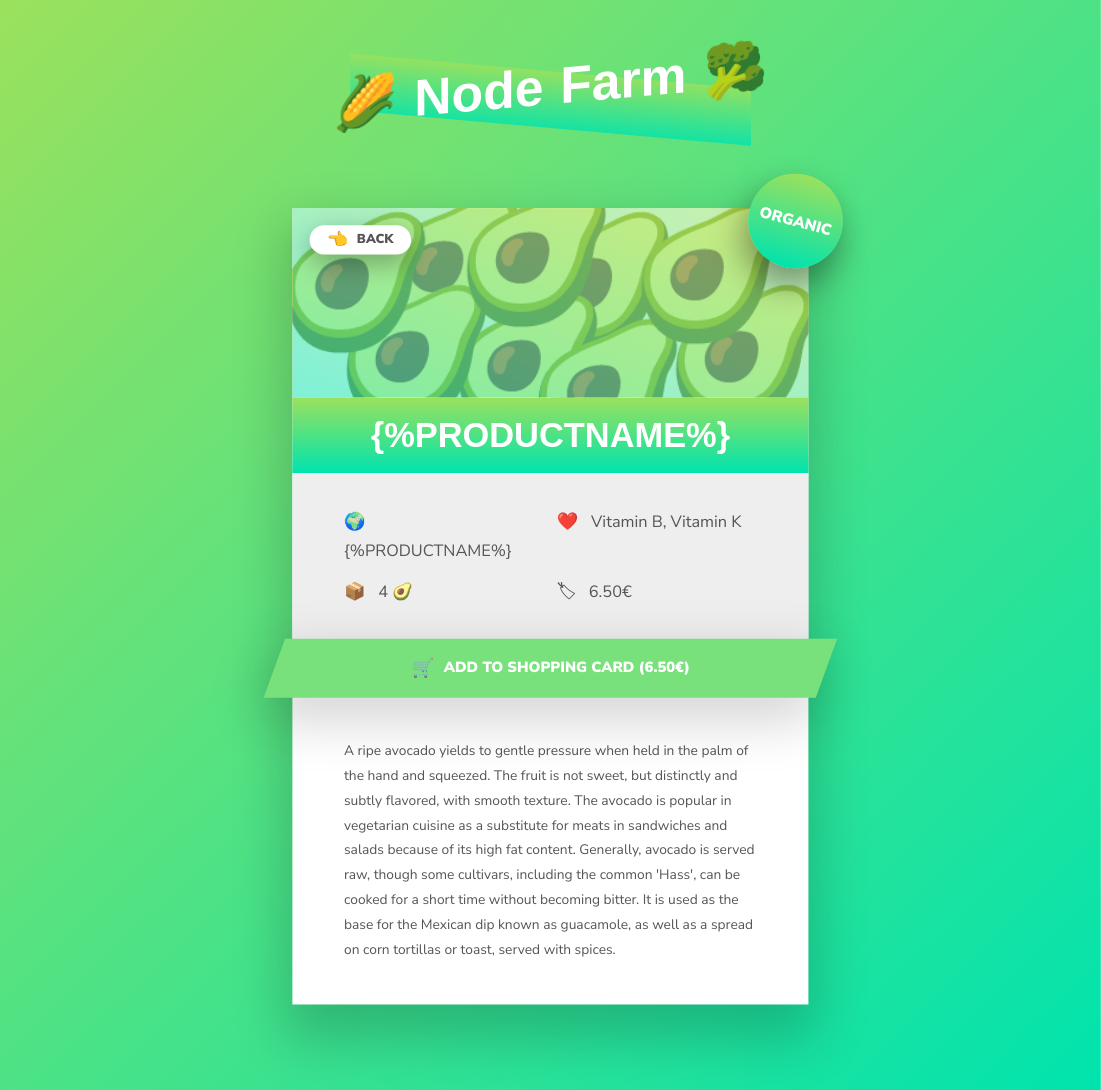
Repository: Tiantian-C/node2
Page: templates/product.html
The author's editor kept a copy of each file at every save. The page is drawn from the files as they stood at one save, then again after the next save.
The browser window is 1280 px wide. The pictures show the whole page, at 86% of full size.
Some web fonts or font styles are not loaded; a fallback is used.

Above is the page before, as saved 2023-07-15 15:27:10.

### templates/product.html
<!DOCTYPE html>
<html lang="en">
  <head>
    <meta charset="UTF-8" />
    <meta name="viewport" content="width=device-width, initial-scale=1.0" />
    <meta http-equiv="X-UA-Compatible" content="ie=edge" />
    <link
      href="https://fonts.googleapis.com/css?family=Megrim|Nunito+Sans:400,900"
      rel="stylesheet"
    />
    <link
      rel="icon"
      href="https://emojipedia-us.s3.dualstack.us-west-1.amazonaws.com/thumbs/240/apple/155/ear-of-maize_1f33d.png"
    />

    <title>Fresh Avocados 🥑 /// NODE FARM</title>

    <style>
      *,
      *::before,
      *::after {
        margin: 0;
        padding: 0;
        box-sizing: inherit;
      }

      html {
        font-size: 62.5%;
        box-sizing: border-box;
      }

      body {
        padding: 5rem 5rem 10rem;
        line-height: 1.7;
        font-family: 'Nunito Sans', sans-serif;
        color: #555;
        min-height: 100vh;
        background: linear-gradient(to bottom right, #9be15d, #00e3ae);
      }

      h1 {
        font-family: 'Megrim', sans-serif;
        font-size: 6rem;
        color: white;
        transform: skewY(-5deg);
        text-align: center;
        position: relative;
        word-spacing: 3px;
      }

      h1::before {
        content: '';
        display: block;
        height: 65%;
        width: 49%;
        position: absolute;
        top: 105%;
        left: 50%;
        background: linear-gradient(to bottom, #9be15d, #00e3ae);
        opacity: 0.8;
        z-index: -1;
        transform: skewY(370deg) translate(-50%, -50%);
      }

      .container {
        width: 95rem;
        margin: 0 auto;
      }

      .product {
        width: 60rem;
        margin: 0 auto;
        margin-top: 9rem;
        background: white;
        box-shadow: 0 3rem 6rem 1rem rgba(0, 0, 0, 0.2);
        position: relative;
      }

      .product__hero {
        position: relative;
        height: 22rem;
        overflow: hidden;
      }

      .product__hero::before {
        content: '';
        display: block;
        height: 100%;
        width: 100%;
        position: absolute;
        top: 0;
        left: 0;
        background-image: linear-gradient(to left bottom, #9be15d, #00e3ae);
        opacity: 0.5;
        z-index: 100;
      }

      .product__emoji {
        font-size: 15rem;
        position: absolute;
      }

      .product__emoji--1 {
        top: -4rem;
        left: -2rem;
        z-index: 10;
      }

      .product__emoji--2 {
        top: -6rem;
        left: 9rem;
      }

      .product__emoji--3 {
        top: -4rem;
        right: 15rem;
      }

      .product__emoji--4 {
        top: -5rem;
        right: 2rem;
        z-index: 10;
      }

      .product__emoji--5 {
        bottom: -9rem;
        left: 18rem;
      }

      .product__emoji--6 {
        bottom: -8rem;
        left: 5rem;
      }

      .product__emoji--7 {
        bottom: -12rem;
        right: 14rem;
      }

      .product__emoji--8 {
        bottom: -8rem;
        right: -2rem;
      }

      .product__emoji--9 {
        top: -7rem;
        left: 19rem;
      }

      .product__organic {
        position: absolute;
        top: -4rem;
        right: -4rem;
        z-index: 1000;
        height: 11rem;
        width: 11rem;
        background-image: linear-gradient(to bottom, #9be15d, #00e3ae);
        border-radius: 50%;
        transform: rotate(15deg);
        box-shadow: 0 2rem 4rem rgba(0, 0, 0, 0.4);
        display: flex;
        align-items: center;
        justify-content: center;
      }

      .product__organic h5 {
        font-weight: 900;
        text-transform: uppercase;
        font-size: 1.8rem;
        color: white;
      }

      .product__back:link,
      .product__back:visited {
        position: absolute;
        top: 2rem;
        left: 2rem;
        font-size: 1.5rem;
        font-weight: 700;
        text-transform: uppercase;
        text-decoration: none;
        z-index: 1000;
        color: #555;
        background-color: white;
        box-shadow: 0 1rem 3rem rgba(0, 0, 0, 0.3);
        border-radius: 100rem;
        padding: 0 2rem;
        transition: all 0.3s;
        display: flex;
        align-items: center;
      }

      .product__back:hover,
      .product__back:active {
        background-color: #79e17b;
      }

      .product__name {
        background: linear-gradient(to bottom, #9be15d, #00e3ae);
        padding: 1rem;
        font-family: 'Megrim', sans-serif;
        font-size: 4rem;
        color: white;
        text-align: center;
        word-spacing: 2px;
      }

      .product__details {
        background-color: #eee;
        padding: 4rem 6rem;
        font-size: 1.9rem;
        display: grid;
        grid-template-columns: 1fr 1fr;
        grid-gap: 1.5rem;
      }

      .product__description {
        padding: 5rem 6rem;
        font-size: 1.6rem;
        line-height: 1.8;
      }

      .product__link:link,
      .product__link:visited {
        display: block;
        background-color: #79e17b;
        color: white;
        font-size: 1.6rem;
        font-weight: 700;
        text-transform: uppercase;
        text-decoration: none;
        padding: 1.5rem;
        text-align: center;
        transform: scale(1.07) skewX(-20deg);
        box-shadow: 0 2rem 6rem rgba(0, 0, 0, 0.2);
        display: flex;
        align-items: center;
        justify-content: center;
        transition: all 0.3s;
      }

      .product__link:hover,
      .product__link:active {
        background-color: #9be15d;
        transform: scale(1.1) skewX(-20deg);
      }

      .product__link span {
        transform: skewX(20deg);
      }

      .emoji-left {
        font-size: 2rem;
        margin-right: 1rem;
      }

      .emoji-right {
        font-size: 2rem;
        margin-left: 1rem;
      }

      .not-organic {
        display: none;
      }
    </style>
  </head>

  <body>
    <div class="container">
      <h1>🌽 Node Farm 🥦</h1>

      <figure class="product">
        <div class="product__organic"><h5>Organic</h5></div>
        <a href="#" class="product__back">
          <span class="emoji-left">👈</span>Back
        </a>
        <div class="product__hero">
          <span class="product__emoji product__emoji--1">🥑</span>
          <span class="product__emoji product__emoji--2">🥑</span>
          <span class="product__emoji product__emoji--3">🥑</span>
          <span class="product__emoji product__emoji--4">🥑</span>
          <span class="product__emoji product__emoji--5">🥑</span>
          <span class="product__emoji product__emoji--6">🥑</span>
          <span class="product__emoji product__emoji--7">🥑</span>
          <span class="product__emoji product__emoji--8">🥑</span>
          <span class="product__emoji product__emoji--9">🥑</span>
        </div>
        <h2 class="product__name">{%PRODUCTNAME%}</h2>
        <div class="product__details">
          <p><span class="emoji-left">🌍</span> {%PRODUCTNAME%}</p>
          <p><span class="emoji-left">❤️</span> Vitamin B, Vitamin K</p>
          <p><span class="emoji-left">📦</span> 4 🥑</p>
          <p><span class="emoji-left">🏷</span> 6.50€</p>
        </div>

        <a href="#" class="product__link">
          <span class="emoji-left">🛒</span>
          <span>Add to shopping card (6.50€)</span>
        </a>

        <p class="product__description">
          A ripe avocado yields to gentle pressure when held in the palm of the
          hand and squeezed. The fruit is not sweet, but distinctly and subtly
          flavored, with smooth texture. The avocado is popular in vegetarian
          cuisine as a substitute for meats in sandwiches and salads because of
          its high fat content. Generally, avocado is served raw, though some
          cultivars, including the common 'Hass', can be cooked for a short time
          without becoming bitter. It is used as the base for the Mexican dip
          known as guacamole, as well as a spread on corn tortillas or toast,
          served with spices.
        </p>
      </figure>

    </div>
  </body>
</html>

After the next save:
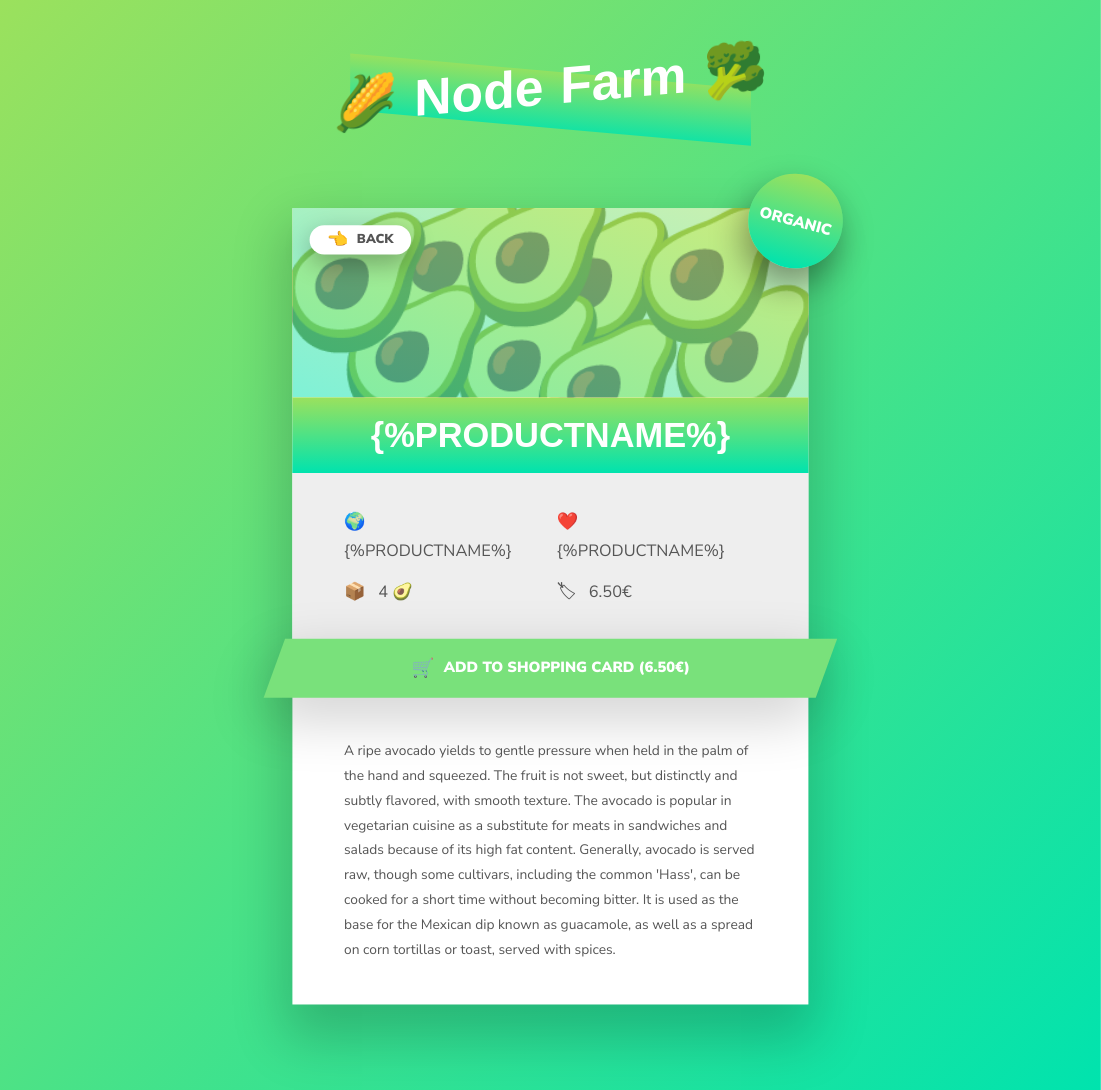
Saved 5 s later.
--- a/templates/product.html
+++ b/templates/product.html
@@ -288,7 +288,7 @@
         <h2 class="product__name">{%PRODUCTNAME%}</h2>
         <div class="product__details">
           <p><span class="emoji-left">🌍</span> {%PRODUCTNAME%}</p>
-          <p><span class="emoji-left">❤️</span> Vitamin B, Vitamin K</p>
+          <p><span class="emoji-left">❤️</span> {%PRODUCTNAME%}</p>
           <p><span class="emoji-left">📦</span> 4 🥑</p>
           <p><span class="emoji-left">🏷</span> 6.50€</p>
         </div>
